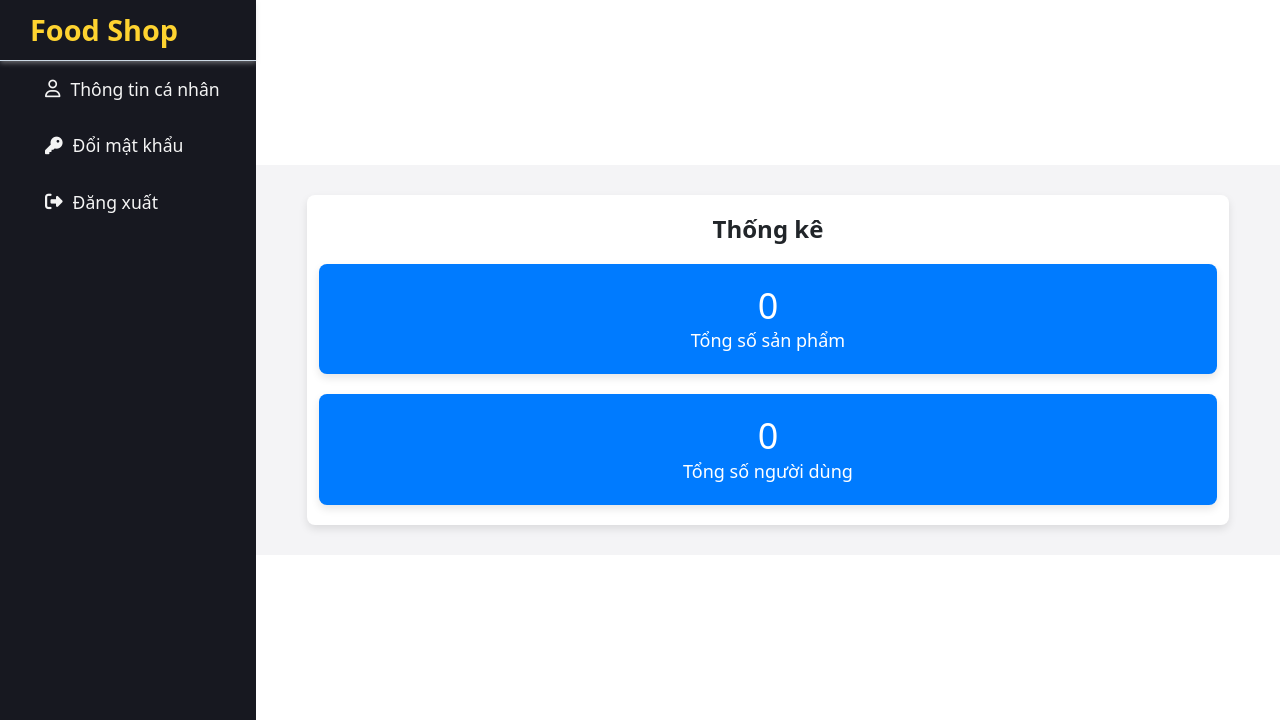
Repository: TuanAnhNguyen723/Restaurant-Projects
Page: http://localhost/Thongke/thongke.php
The author's editor kept a copy of each file at every save. The page is drawn from the files as they stood at one save, then again after the next save.
The browser window is 1280 px wide. The pictures show the whole page.
The page is run by PHP 8.4 with error messages shown; the project is at /var/www/html/.

Above is the page before, as saved 2024-06-18 20:34:14.

After the next save:
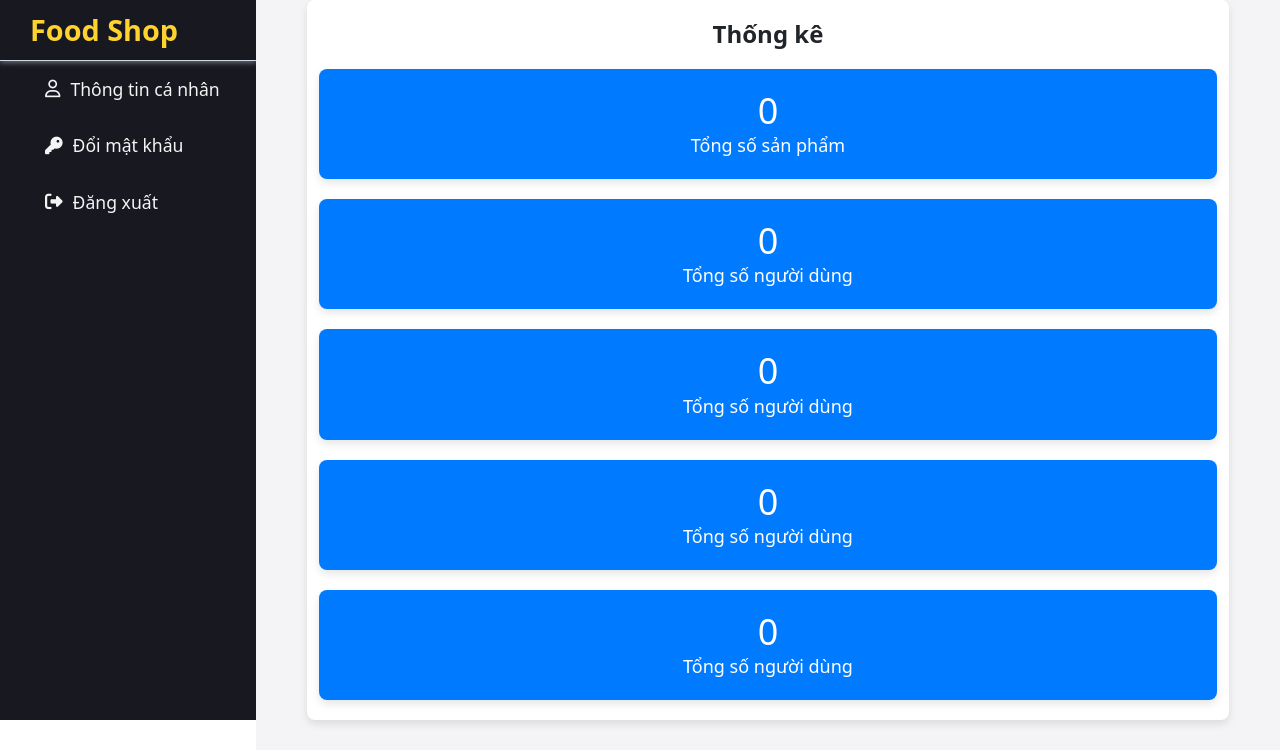
Saved 20 s later.
--- a/Thongke/thongke.php
+++ b/Thongke/thongke.php
@@ -78,6 +78,21 @@
               <h2 id="totalUsers" class="stat-number">0</h2>
               <p class="stat-label">Tổng số người dùng</p>
             </div>
+
+            <div class="stat">
+              <h2 id="totalUsers" class="stat-number">0</h2>
+              <p class="stat-label">Tổng số người dùng</p>
+            </div>
+
+            <div class="stat">
+              <h2 id="totalUsers" class="stat-number">0</h2>
+              <p class="stat-label">Tổng số người dùng</p>
+            </div>
+
+            <div class="stat">
+              <h2 id="totalUsers" class="stat-number">0</h2>
+              <p class="stat-label">Tổng số người dùng</p>
+            </div>
           </div>
       </main>
     </main>
